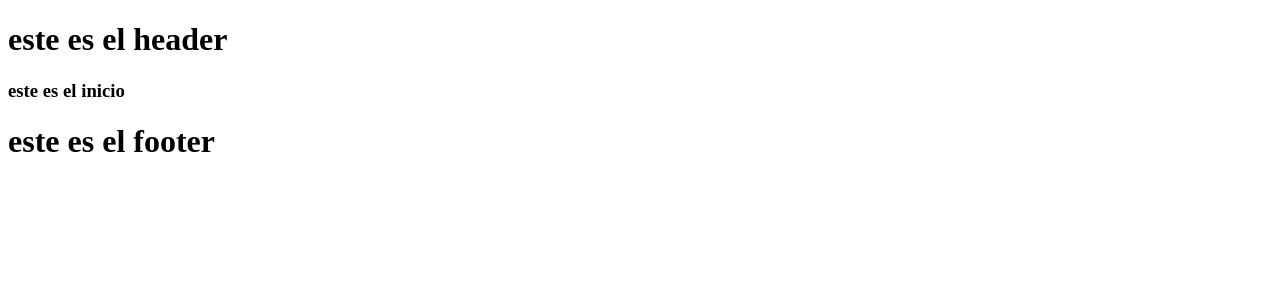
Repository: apolovip/proyecto
Page: http://localhost/
The author's editor kept a copy of each file at every save. The page is drawn from the files as they stood at one save, then again after the next save.
The browser window is 1280 px wide. The pictures show the whole page.
The page is run by PHP 8.4 with error messages shown; the project is at /var/www/html/.

Above is the page before, as saved 2025-09-14 08:59:28.

After the next save:
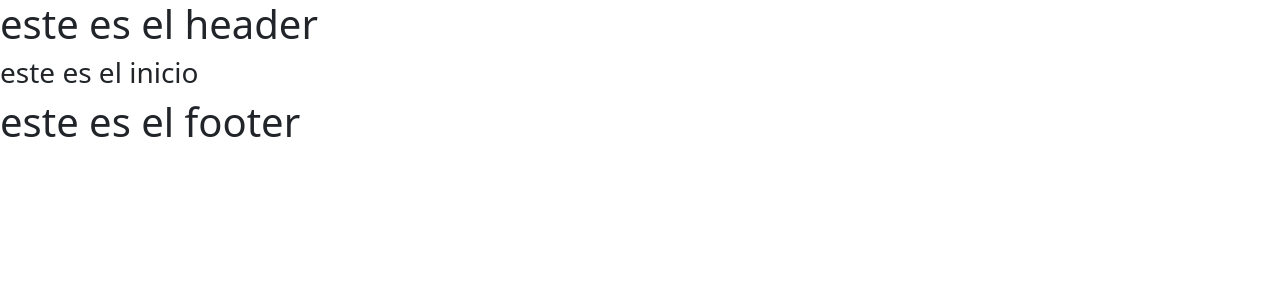
Saved 4 s later.
--- a/src/assets/layouts/links.php
+++ b/src/assets/layouts/links.php
@@ -6,7 +6,7 @@
     <meta name="viewport" content="width=device-width, initial-scale=1.0">
     <title><?php echo NOMBRE; ?></title>
     <!--cargar css-->
-    <link rel="stylesheet" href="style.css">
+    <link rel="stylesheet" href="assets/bootstrap/css/bootstrap.min.css">
     <script src="https://cdn.jsdelivr.net/npm/bootstrap@5.3.8/dist/js/bootstrap.bundle.min.js" integrity="sha384-FKyoEForCGlyvwx9Hj09JcYn3nv7wiPVlz7YYwJrWVcXK/BmnVDxM+D2scQbITxI" crossorigin="anonymous"></script>
 </head>
 
